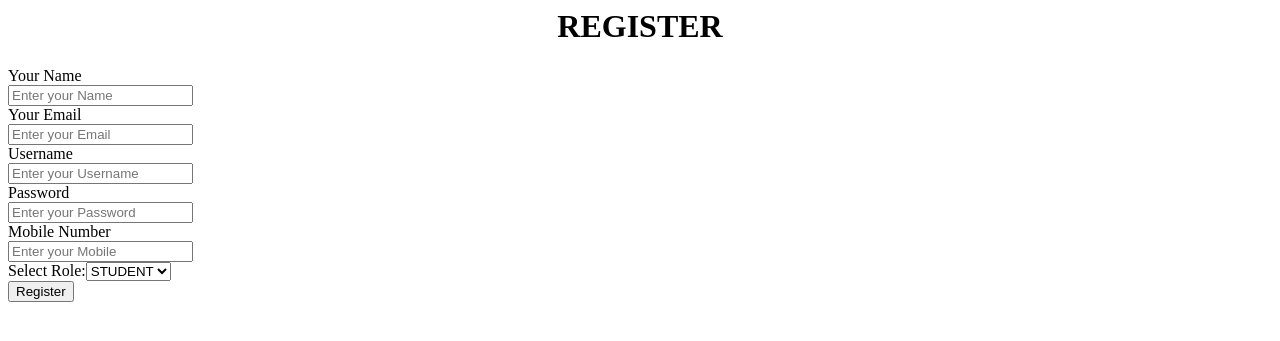
Repository: aneishkumar/AngularJS-Application
Page: Angularjs-Application-march30th/project2/WebContent/register.html
These files come from the project's save history. The page is drawn as it stood at one moment and after the next save; the edit follows.
The browser window is 1280 px wide. The pictures show the whole page.

Above is the page before, as saved 2018-03-30 10:18:37.

After the next save:
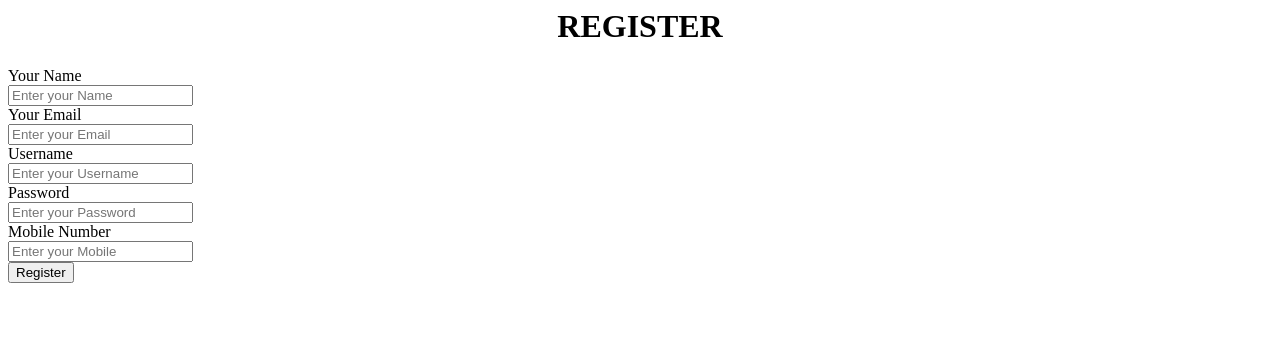
Saved 21 s later.
--- a/Angularjs-Application-march30th/project2/WebContent/register.html
+++ b/Angularjs-Application-march30th/project2/WebContent/register.html
@@ -54,12 +54,6 @@
 								</div>
 							</div>
 						</div>
-						<div class="form-group">
-						<label for="username" class="cols-sm-2 control-label">Select Role:</label><select ng-model=user.role>
-						<option value="STUDENT">STUDENT
-						<option value="ALUMINI">ALUMINI
-						</select>
-						</div>
 
 						<div class="form-group ">
 							<input type="submit" ng-click="adduser(user)" type="button" value="Register">
